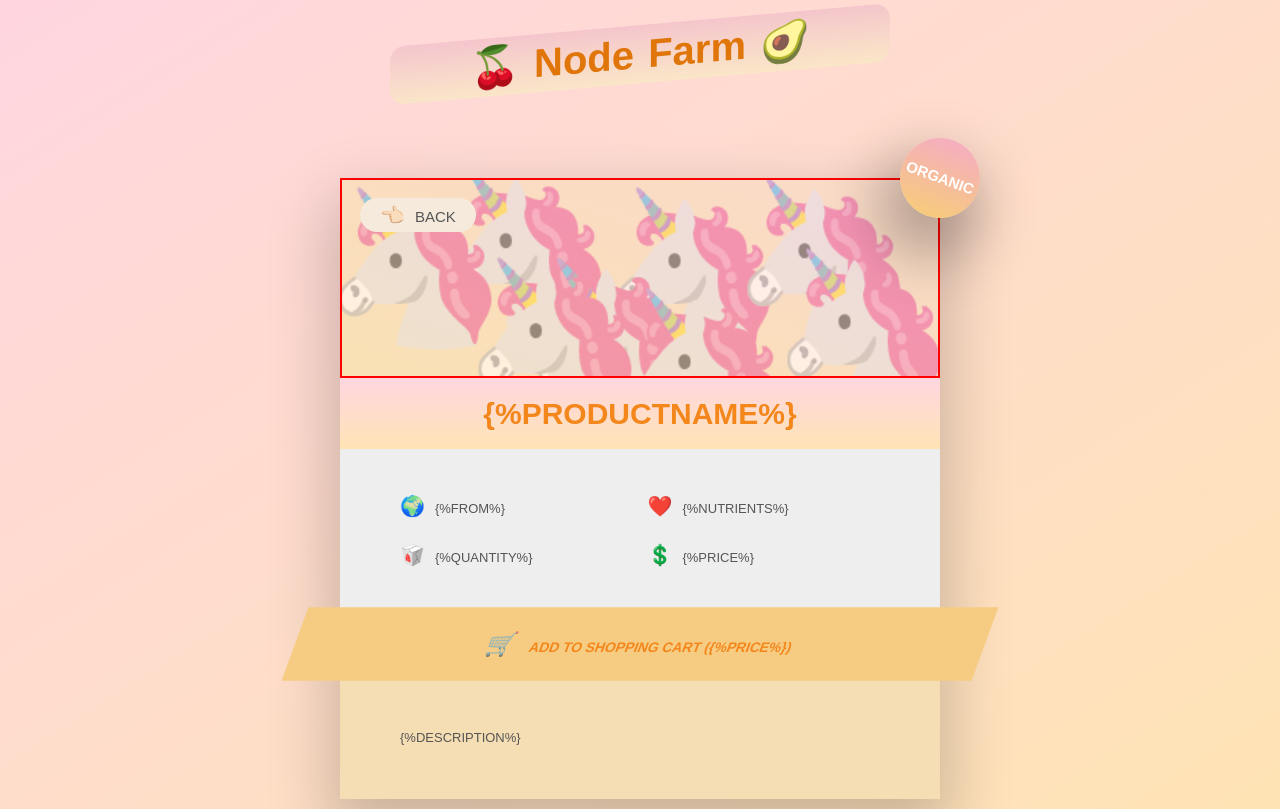
Repository: Kubraaygun/NodeFarm_Backend
Page: templates/product.html
The author's editor kept a copy of each file at every save. The page is drawn from the files as they stood at one save, then again after the next save.
The browser window is 1280 px wide. The pictures show the whole page.

Above is the page before, as saved 2025-09-09 23:18:24.

### templates/product.html
<!DOCTYPE html>
<html lang="en">
  <head>
    <meta charset="UTF-8" />
    <meta name="viewport" content="width=device-width, initial-scale=1.0" />
    <title>{%PRODUCTNAME%} {%IMAGE%} /// NODE FARM</title>
    <style>
      *,
      *::before,
      *::after {
        margin: 0;
        padding: 0;
        box-sizing: inherit;
      }
      html {
        font-size: 10px;
        box-sizing: border-box;
      }
      body {
        padding: 20px 10px 10px;
        line-height: 1.7;
        font-family: sans-serif;
        color: #555;
        background: linear-gradient(to bottom right, #ffd6e0, #ffe4b5);
        min-height: 100vh;
      }

      h1 {
        font-size: 4rem;
        color: rgb(224, 117, 10);
        transform: skewY(-5deg);
        text-align: center;
        position: relative;
        word-spacing: 3px;
      }
      h1::before {
        content: "";
        display: block;
        height: 85%;
        width: 50%;
        max-width: 500px;
        min-width: 350px;
        background: linear-gradient(
          to bottom,
          #f0bdc9,
          /* canlı pembe */ #f8ebc3
        );
        position: absolute;
        z-index: -1;
        left: 50%;
        top: 50%;
        opacity: 0.7;
        transform: translate(-50%, -50%);
        border-radius: 15px;
      }

      .container {
        width: 100%;
        margin: 0 auto;
      }
      .product {
        width: 80%;
        max-width: 60rem;
        margin: 0 auto;
        position: relative;
        background: wheat;
        margin-top: 9rem;
        box-shadow: 0 3rem 6rem 1rem rgba(0, 0, 0, 0.2);
      }
      .product__hero {
        position: relative;
        height: 20rem;
        overflow: hidden;
        border: 2px solid red;
      }
      .product__hero::before {
        content: "";
        display: block;
        height: 100%;
        width: 100%;
        z-index: 100;
        position: absolute;
        top: 0;
        left: 0;
        background: linear-gradient(to left bottom, #ffd6e0, #ffe4b5);
        opacity: 0.5;
      }

      .product__emoji {
        font-size: 15rem;
        position: absolute;
      }
      .product__emoji--1 {
        top: -4rem;
        left: -2rem;
        z-index: 10;
      }
      .product__emoji--2 {
        top: -6rem;
        left: 9rem;
      }
      .product__emoji--3 {
        top: -4rem;
        right: 15rem;
      }
      .product__emoji--4 {
        top: -5rem;
        right: 2rem;
      }
      .product__emoji--5 {
        bottom: -9rem;
        left: 18rem;
      }
      .product__emoji--6 {
        bottom: -9rem;
        left: 18rem;
      }
      .product__emoji--7 {
        bottom: -12rem;
        right: 14rem;
      }
      .product__emoji--8 {
        bottom: -8rem;
        right: -2rem;
      }
      .product__emoji--9 {
        top: 3rem;
        left: 12rem;
      }
      .product__organic {
        position: absolute;
        top: -4rem;
        right: -4rem;
        z-index: 1000;
        background: linear-gradient(to bottom, #f5aec0, #f7ca7c);
        border-radius: 50%;
        height: 8rem;
        width: 8rem;
        display: flex;
        align-items: center;
        justify-content: center;
        text-transform: uppercase;
        transform: rotate(20deg);
        box-shadow: 0 3rem 6rem 1rem rgba(0, 0, 0, 0.3);
      }
      .product__organic h5 {
        color: rgb(255, 255, 255);
        font-size: 1.5rem;
        font-weight: 900;
        text-transform: uppercase;
      }
      .product__back:link,
      .product__back:visited {
        position: absolute;
        background-color: rgb(245, 234, 220);
        z-index: 1000;
        top: 2rem;
        left: 2rem;
        font-size: 1.5rem;
        text-decoration: none;
        text-transform: uppercase;
        padding: 0 2rem;
        border-radius: 30rem;
        transition: all 0.3s;
        color: #555;
      }

      .product__back:hover,
      .product__back:active {
        background-color: rgb(247, 216, 175);
      }

      .product__name {
        background: linear-gradient(to bottom, #ffd6e0, #ffe4b5);
        padding: 1rem;
        font-size: 3rem;
        text-align: center;
        word-spacing: 2px;
        color: rgb(243, 135, 28);
      }
      .product__details {
        background-color: #eee;
        padding: 4rem 6rem;
        font-size: 1.3rem;
        display: grid;
        grid-template-columns: 1fr 1fr;
        grid-gap: 1.5rem;
      }
      .product__description {
        padding: 5rem 6rem;
        font-size: 1.3rem;
        line-height: 1.8;
      }

      .product__link:link,
      .product__link:visited {
        display: block;
        background-color: #f6cc83;
        color: rgb(243, 135, 28);
        font-size: 1.2rem;
        font-weight: 700;
        text-transform: uppercase;
        text-decoration: none;
        text-align: center;
        padding: 1.5rem;
        transform: scale(1.15) skewX(-20deg);
      }

      .emoji-left {
        font-size: 2rem;
        margin-right: 1rem;
      }
      .emoji-right {
        font-size: 2rem;
        margin-right: 1rem;
      }
    </style>
  </head>
  <body>
    <div class="container">
      <h1>🍒 Node Farm 🥑</h1>
      <figure class="product">
        <div class="product__organic {%NOT_ORGANIC%}">
          <h5>Organic</h5>
        </div>
        <a href="/overview" class="product__back">
          <span class="emoji-left">👈🏻</span>Back</a
        >
        <div class="product__hero">
          <span class="product__emoji product__emoji--1">🦄</span>
          <span class="product__emoji product__emoji--2">🦄</span>
          <span class="product__emoji product__emoji--3">🦄</span>
          <span class="product__emoji product__emoji--4">🦄</span>
          <span class="product__emoji product__emoji--5">🦄</span>
          <span class="product__emoji product__emoji--6">🦄</span>
          <span class="product__emoji product__emoji--7">🦄</span>
          <span class="product__emoji product__emoji--8">🦄</span>
          <span class="product__emoji product__emoji--9">🦄</span>
        </div>

        <h2 class="product__name">{%PRODUCTNAME%}</h2>
        <div class="product__details">
          <p><span class="emoji-left">🌍</span>{%FROM%}</p>
          <p><span class="emoji-left">❤️</span>{%NUTRIENTS%}</p>
          <p><span class="emoji-left">🥡</span>{%QUANTITY%}</p>
          <p><span class="emoji-left">💲</span>{%PRICE%}</p>
        </div>

        <a href="" class="product__link">
          <span class="emoji-left">🛒</span>
          <span>Add to shopping cart ({%PRICE%})</span>
        </a>
        <p class="product__description">{%DESCRIPTION%}</p>
      </figure>
    </div>
  </body>
</html>

After the next save:
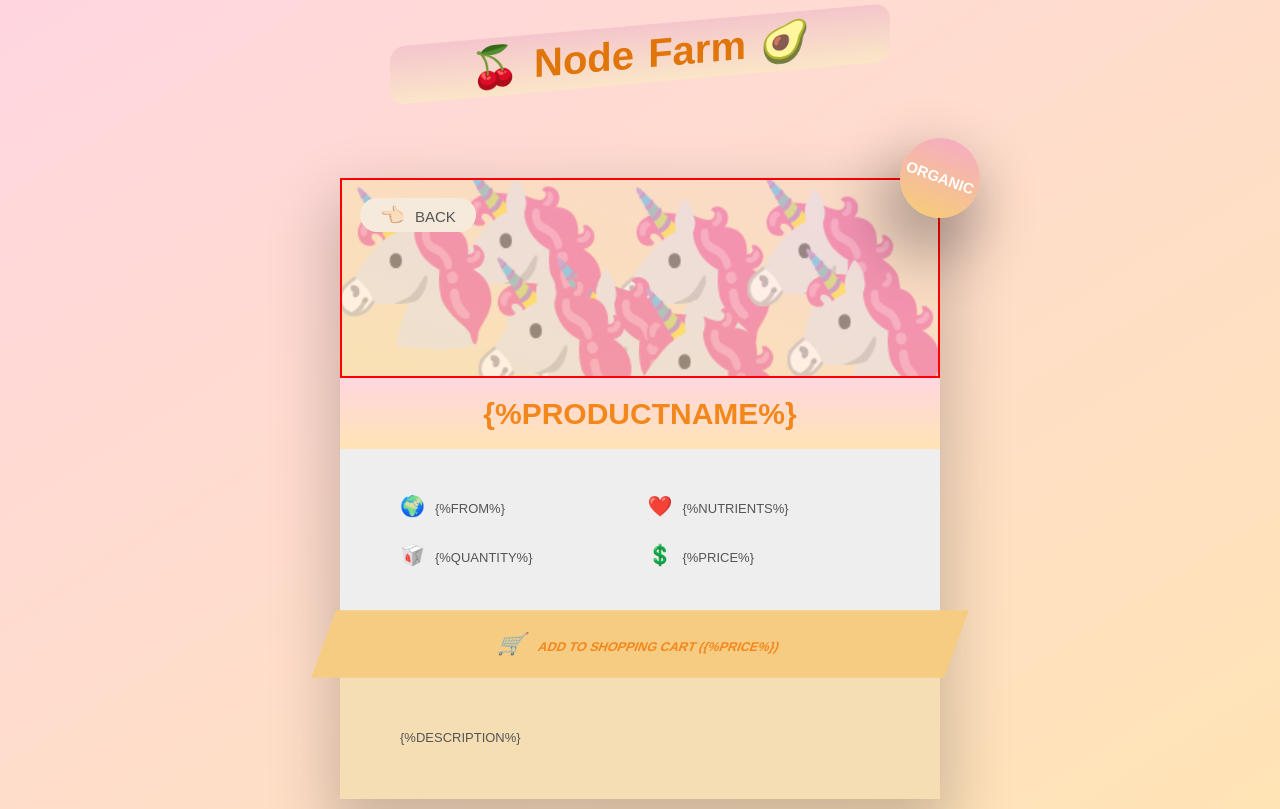
Saved 20 s later.
--- a/templates/product.html
+++ b/templates/product.html
@@ -203,7 +203,7 @@
         text-decoration: none;
         text-align: center;
         padding: 1.5rem;
-        transform: scale(1.15) skewX(-20deg);
+        transform: scale(1.055) skewX(-20deg);
       }
 
       .emoji-left {
